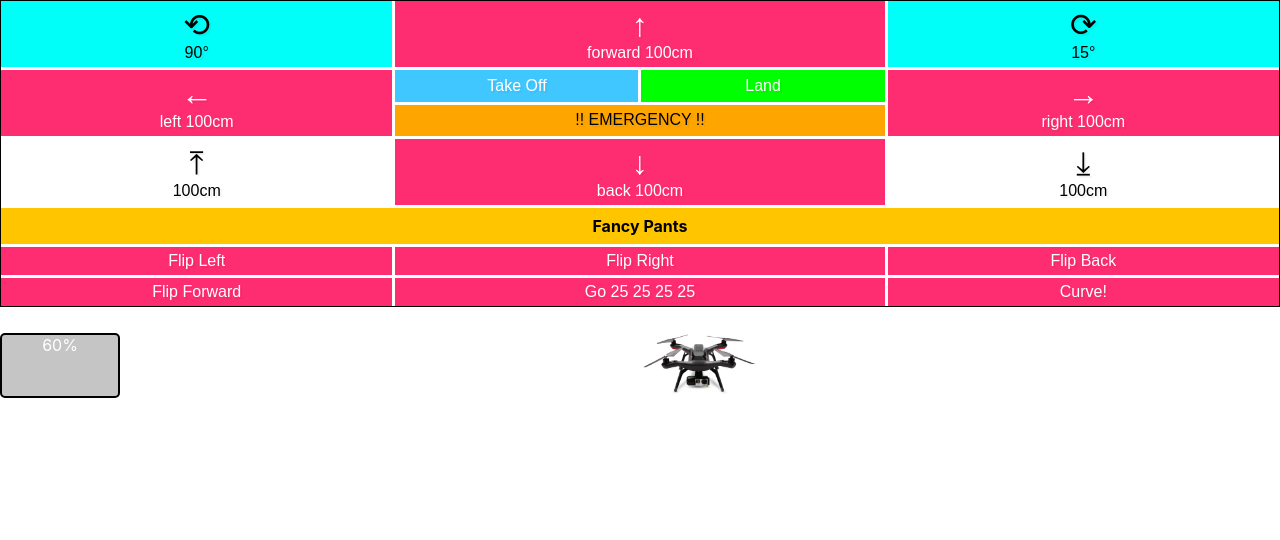
Repository: JivkoJelev91/Drone-Simulator
Page: /
An editor plug-in stored every save of this project. The page is shown before and after the next save, followed by the edit.
The browser window is 1280 px wide. The pictures show the whole page.
The project was rebuilt for these pictures with package versions that can differ from the ones it lists, and the page was loaded fresh each time. Also part of the build but not shown: src/App.css.

Above is the page before, as saved 2018-12-18 10:21:27.

After the next save:
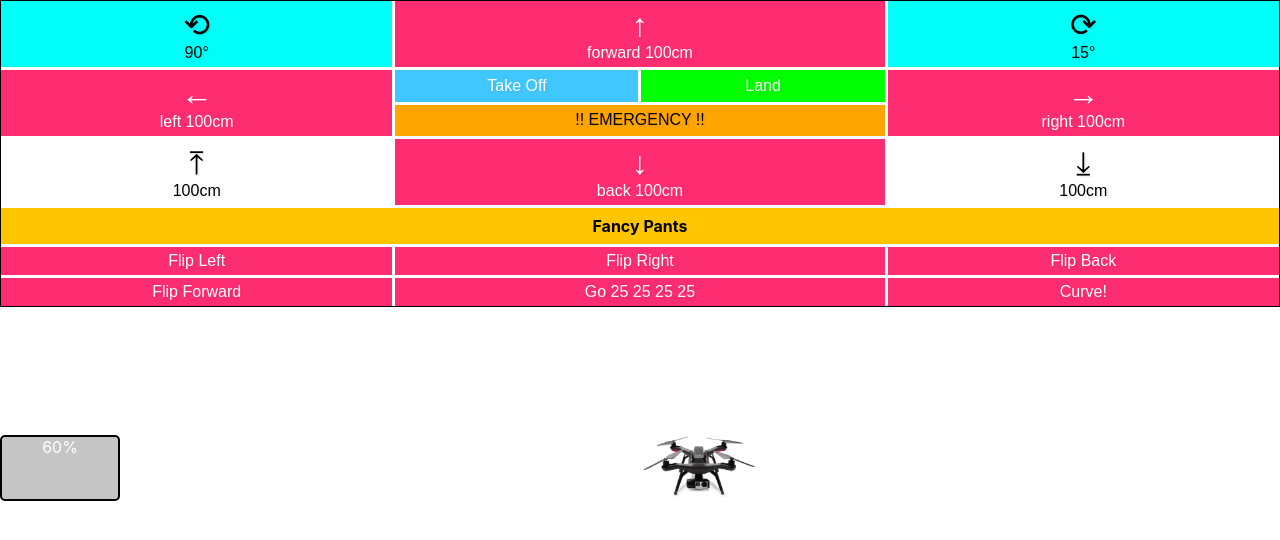
Saved 22 s later.
--- a/src/index.css
+++ b/src/index.css
@@ -15,7 +15,7 @@
 
 .view{
   display:flex;
-  padding-top:2%;
+  padding-top:10%;
 }
 
 .parentDrone{

After the save that followed:
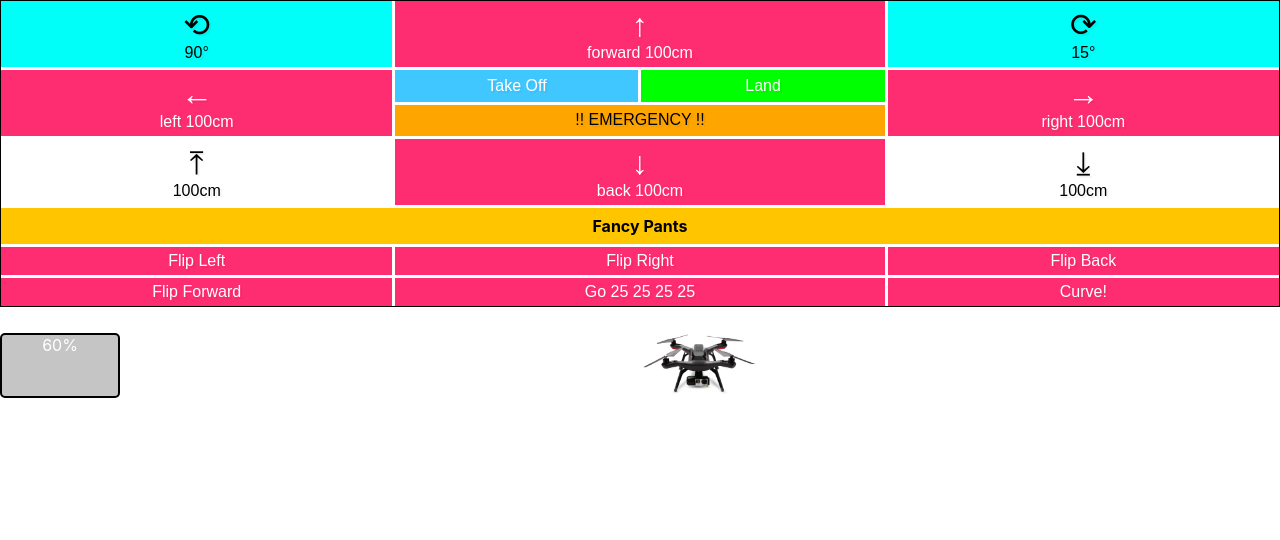
Saved 11 s later.
--- a/src/index.css
+++ b/src/index.css
@@ -15,7 +15,7 @@
 
 .view{
   display:flex;
-  padding-top:10%;
+  padding-top:2%;
 }
 
 .parentDrone{
